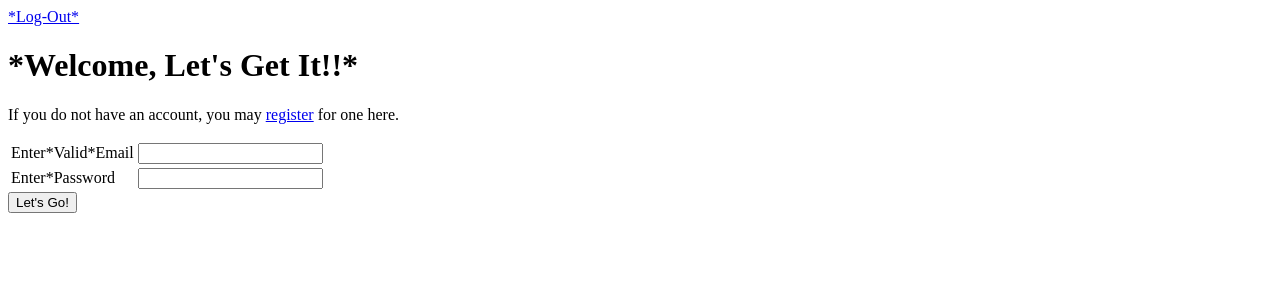
Repository: tlwilliams895/get-it-done
Page: http://localhost/login
These files come from the project's save history. The page is drawn as it stood at one moment and after the next save; the edit follows.
The browser window is 1280 px wide. The pictures show the whole page.
The page is served by the project's application, run on Flask 3 (main.py).

Above is the page before, as saved 2019-10-18 15:54:41.

### templates/login.html
{% extends "base.html" %}

{% block content %}

<!-- Create User Login data -->
<h1>*Welcome, Let's Get It!!*</h1>
<p>If you do not have an account, you may <a href="/register">register</a> for one here.</p>
<form action="/login" method="POST">
    <table>
        <tr>
            <td>
                <label for="email">Enter*Valid*Email</label>
            </td>
            <td>
                <input name="email" type="email" value="{{ email }}" />
            </td>
        </tr>
        <tr>
            <td>
                <label for="password">Enter*Password</label>
            </td>
            <td>
                <input name="password" type="password" />
            </td>
        </tr>
    </table>
    <input type="submit" value="Let's Go!" />
</form>

{% endblock %}

### templates/base.html
<!DOCTYPE html>
<html>

<head>
    <title>{{title}}</title>
    <style>
        .error {
            color: red;
        }
    </style>
</head>

<body>

    <div>
        <a href='/logout'>*Log-Out*</a>
    </div>

    <!-- Create with block here -->
    {% with messages = get_flashed_messages(with_categories=True) %}
    <ul>
        {% for messages,category in messages %}
        <li class="{{category}}">{{message}}</li>
        {% endfor %}
    </ul>
    {% endwith %}

    {% block content %}
    {% endblock %}

</body>

</html>

### main.py
from flask import Flask, request, redirect, render_template, session, flash
from flask_sqlalchemy import SQLAlchemy

app = Flask(__name__)
app.config['DEBUG'] = True
app.config['SQLALCHEMY_DATABASE_URI'] = 'mysql+pymysql://get-it-done:beproductive@localhost:8889/get-it-done'
app.config['SQLALCHEMY_ECHO'] = True
db = SQLAlchemy(app)
app.secret_key = "someSecretCodeword"


class Task(db.Model):
    # Anytime a new column is added here, remember to drop_all then create_all
    # in Git Bash to reflect and update changes to database
    id = db.Column(db.Integer, primary_key=True)
    name = db.Column(db.String(120))
    completed = db.Column(db.Boolean)
    owner_id = db.Column(db.Integer, db.ForeignKey('user.id'))

    def __init__(self, name):
        self.name = name
        self.completed = False
        self.owner = owner


# User object to enter is email address and password in MyPHPadmin
class User(db.Model):
    # Create fields/columns for db; add more later
    id = db.Column(db.Integer, primary_key=True)
    email = db.Column(db.String(120), unique=True)
    password = db.Column(db.String(120))
    tasks = db.relationship('Task', backref='owner')

    # Initializer/Constructor
    def __init__(self, email, password):
        self.email = email
        self.password = password


# .before_request - Create required login to check if user has logged-in website
@app.before_request
def require_login():
    allowed_routes = ['login', 'register']
    if request.endpoint not in allowed_routes and 'email' not in session:
        return redirect('/login')
# The code about prevents access to other web pages until user login or register


# Login Handlers will process requests to database
# Add the request types using inputs from login.html
@app.route('/login', methods=['POST', 'GET'])
def login():
    # This request will login the user with proper credentials
    if request.method == 'POST':
        email = request.form['email']
        password = request.form['password']
        # Verifies email/user and password together as a result set
        user = User.query.filter_by(email=email).first()

        # Checks if user/email exists
        if user and user.password == password:
            # Enter user/email session data to store here
            session['email'] = email
            flash("Login Successful")
            # Remember that the user MUST be logged in
            return redirect('/')
        else:
            # Create flash message category
            flash('*USER*ERROR* - Incorrect credentials or Non-existent User', 'error')
            # Explain why login failed
            # return '<h2>*USER*ERROR*</h2>'

    return render_template('login.html', message="*Please Log In*")


@app.route('/register', methods=['POST', 'GET'])
def register():
    if request.method == 'POST':
        email = request.form['email']
        password = request.form['password']
        verify = request.form['verify']

        # Always validate user's data means good user found
        # Enter code here

        existing_user = User.query.filter_by(email=email).first()
        if not existing_user:
            new_user = User(email, password)
            db.session.add(new_user)
            db.session.commit()
            # User/email session data will remember that the user logged-in
            session['email'] = email

            # Remember the user
            return redirect('/')
        else:
            # User better response messaging
            return '<h2>*Whoa, Duplicate User!*</h2>'

    return render_template('register.html')


# Log-out user here/remove user email and redirect to main page
@app.route('/logout')  # or ('/logout', methods=['GET'])
def logout():
    del session['email']
    return redirect('/')


# Global task list is commented out because the MySQL database is being used now
# tasks = []


@app.route('/', methods=['POST', 'GET'])
def index():

    # Specify that a user has many tasks and you want SQLAlchemy to look for matches between the two
    # Get the owner of the task so that you can pass that into the Task constructor
    owner = User.query.filter_by(email=session['email']).first()

    if request.method == 'POST':
        task_name = request.form['task']
        # Add owner
        new_task = Task(task_name, owner)
        db.session.add(new_task)
        db.session.commit()

        # Removed: Will used an object to create a new object in the db
        # tasks.append(task)

    # Add .filter_by to output the uncompleted tasks by value and pair
    tasks = Task.query.filter_by(completed=False, owner=owner).all()
    # Displays completed tasks
    completed_tasks = Task.query.filter_by(completed=True, owner=owner).all()
    # Watch Part 4 Video:
    # remove_tasks = Task.query.filter_by(remove_tasks=True).all()
    return render_template(
        'todos.html',
        title="Megan, Get It Done!",
        tasks=tasks,
        completed_tasks=completed_tasks,
        # remove_tasks=remove_tasks
    )


@app.route('/delete-task', methods=['POST'])
def delete_task():

    task_id = int(request.form['task-id'])
    task = Task.query.get(task_id)
    task.completed = True
    db.session.add(task)

    # Removed to update delete functions
    # completed_tasks = False
    # db.session.delete(completed_tasks)
    # How can I delete the completed tasks to disappear in todos.html?
    db.session.commit()

    return redirect('/')


if __name__ == '__main__':
    app.run()

After the next save:
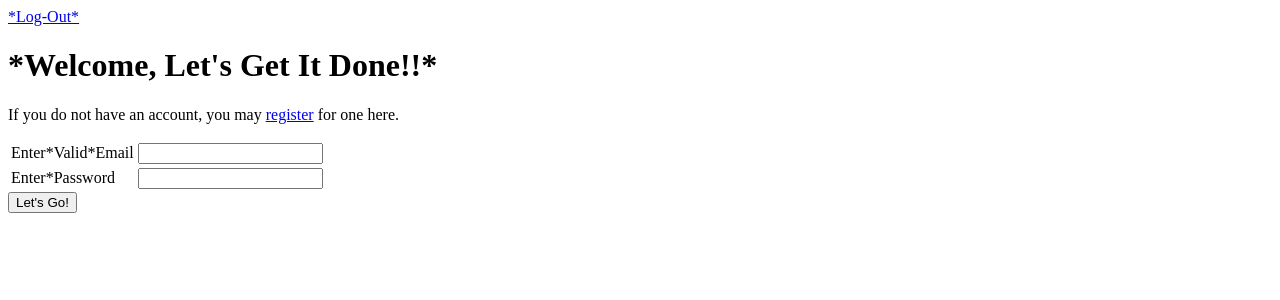
Saved 41 s later.
--- a/templates/login.html
+++ b/templates/login.html
@@ -3,7 +3,7 @@
 {% block content %}
 
 <!-- Create User Login data -->
-<h1>*Welcome, Let's Get It!!*</h1>
+<h1>*Welcome, Let's Get It Done!!*</h1>
 <p>If you do not have an account, you may <a href="/register">register</a> for one here.</p>
 <form action="/login" method="POST">
     <table>
